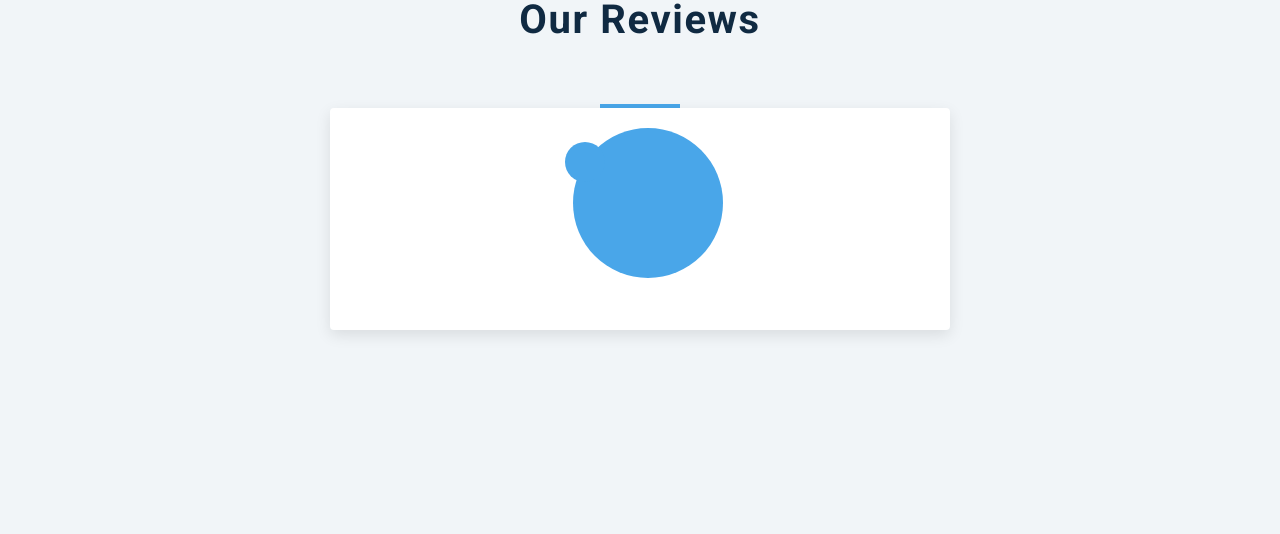
Repository: hseunghwan/practice-vanilla-javascript
Page: Carousel/Carousel.html
An editor plug-in stored every save of this project. The page is shown before and after the next save, followed by the edit.
The browser window is 1280 px wide. The pictures show the whole page.

Above is the page before, as saved 2023-05-10 20:28:52.

After the next save:
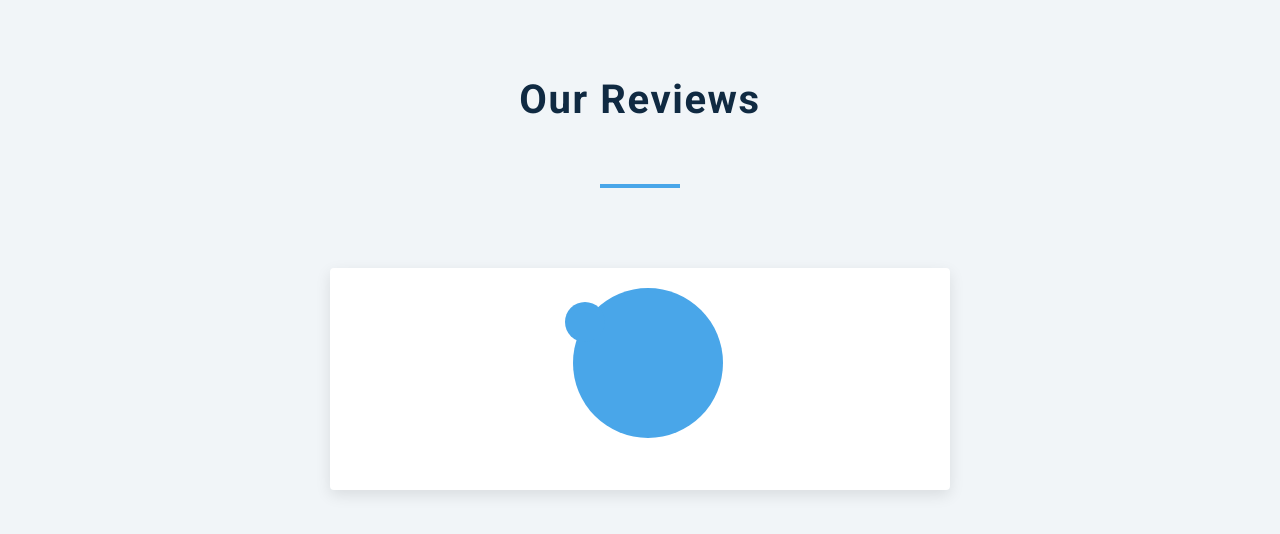
Saved 8 s later.
--- a/Carousel/Carousel.html
+++ b/Carousel/Carousel.html
@@ -6,7 +6,7 @@
         <script src="app.js"></script>
     </head>
     <body>
-        <div class="section-center">
+        <div class="section">
             <h2 class="title">Our Reviews</h2>
             <div class="underline"></div>
         </div>
